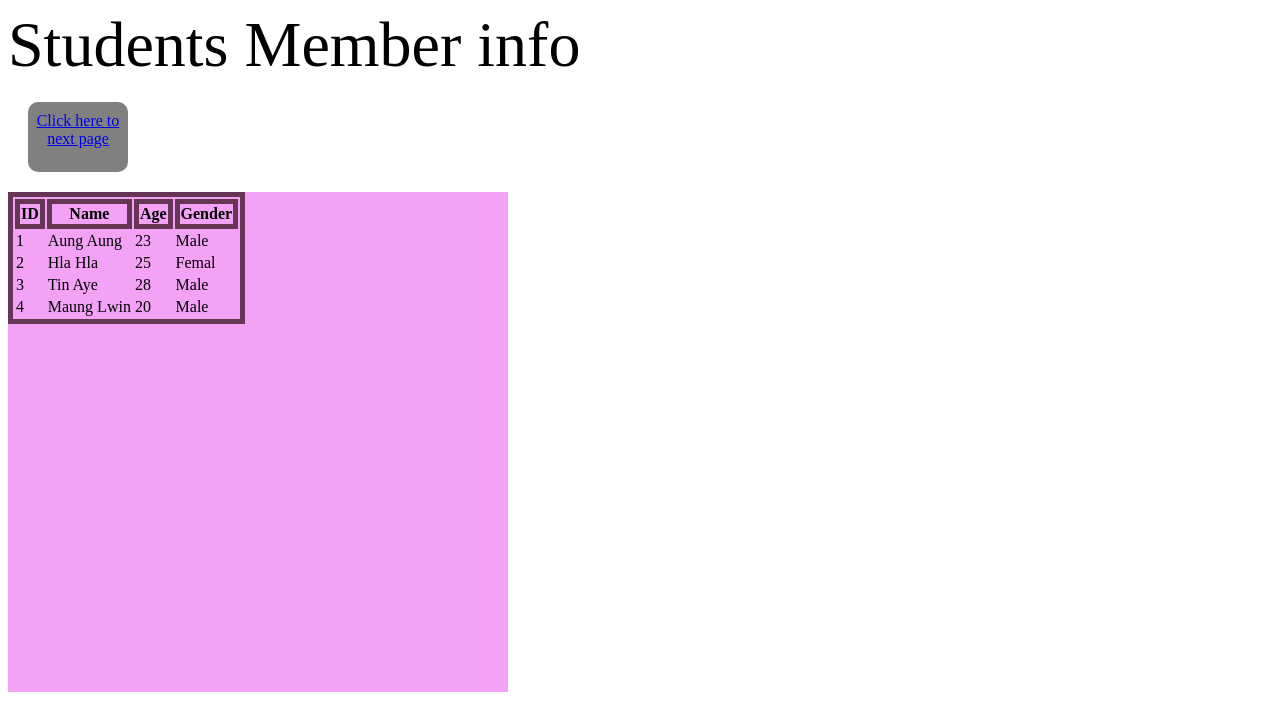
Repository: ThantLwinSoe/Servlet
Page: 01-Communication/src/main/webapp/index.html
These files come from the project's save history. The page is drawn as it stood at one moment and after the next save; the edit follows.
The browser window is 1280 px wide. The pictures show the whole page.

Above is the page before, as saved 2023-02-07 02:56:31.

### 01-Communication/src/main/webapp/index.html
<!DOCTYPE html>
<html>
<head>
<meta charset="UTF-8">
<style>
h {
	font-size: 4em;
}
.d_link {

	margin: 20px;
	padding-top: 10px;
	width: 100px;
	height: 60px;
	border-radius: 10px;
	background: gray;
	text-align: center;
}
.st_info {
	margin-top: 20px;
	width: 500px;
	height: 500px;
	background: #F4A2F6;
}
.table_one,th {
	border: 5px solid #663656;
}
</style>
<title>Servlet Communication</title>
</head>
<body>
	<h>Students Member info</h>
	<div class="d_link">
		<a href="hello">Click here to next page</a>
	</div>
	<div class="st_info">
		<table class="table_one">
			<thead>
				<tr>
					<th>ID</th>
					<th>Name</th>
					<th>Age</th>
					<th>Gender</th>
				</tr>
			</thead>
			<tbody>
				<tr>
					<td>1</td>
					<td>Aung Aung</td>
					<td>23</td>
					<td>Male</td>
				</tr>
				<tr>
					<td>2</td>
					<td>Hla Hla</td>
					<td>25</td>
					<td>Femal</td>
				</tr>
				<tr>
					<td>3</td>
					<td>Tin Aye</td>
					<td>28</td>
					<td>Male</td>
				</tr>
				<tr>
					<td>4</td>
					<td>Maung Lwin</td>
					<td>20</td>
					<td>Male</td>
				</tr>
			</tbody>
		</table>
	</div>
</body>
</html>

After the next save:
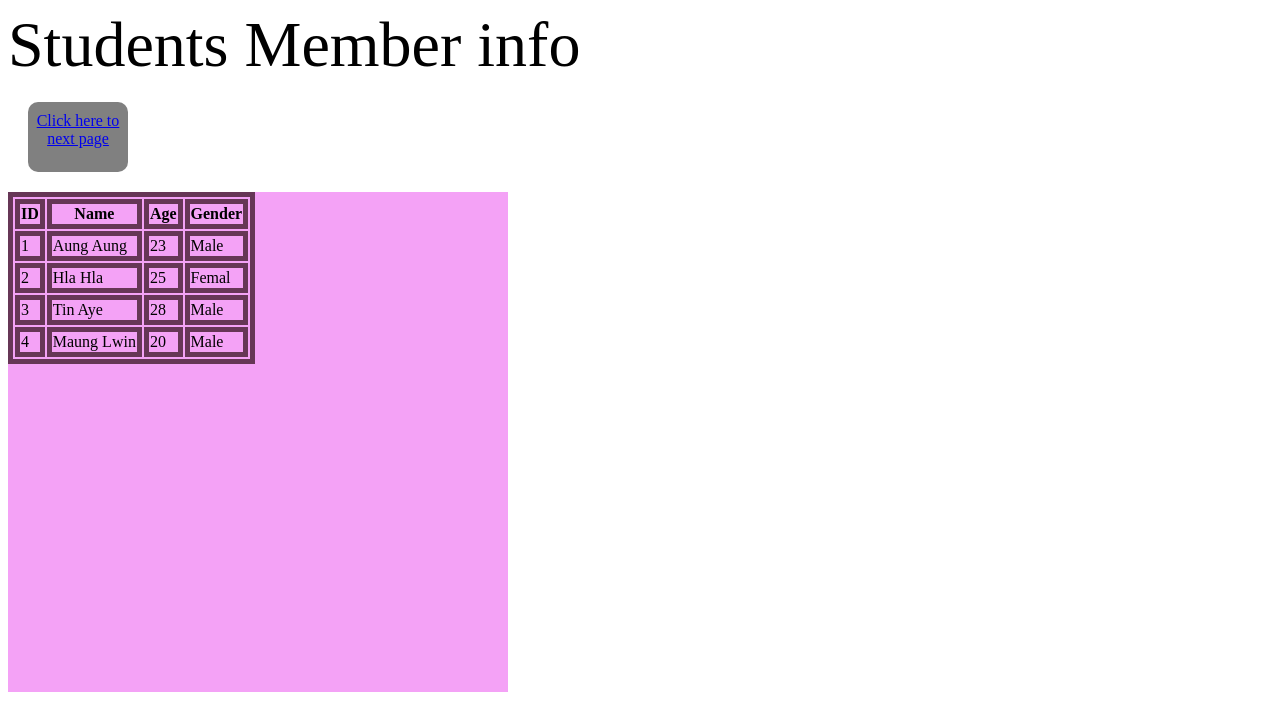
Saved 16 s later.
--- a/01-Communication/src/main/webapp/index.html
+++ b/01-Communication/src/main/webapp/index.html
@@ -22,7 +22,7 @@ h {
 	height: 500px;
 	background: #F4A2F6;
 }
-.table_one,th {
+.table_one,th,td {
 	border: 5px solid #663656;
 }
 </style>
